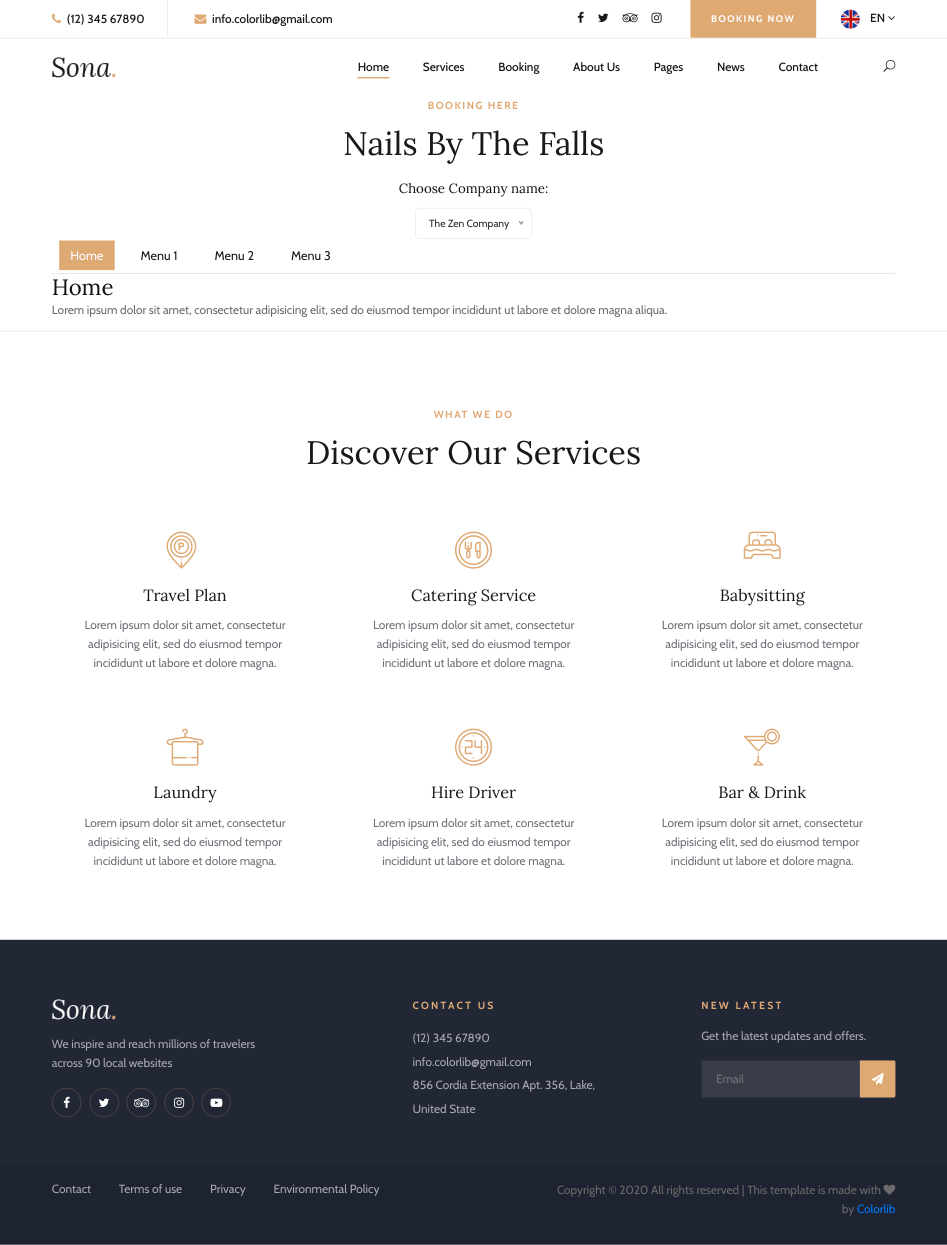
Repository: KeriBoss/Booking_Spa
Page: booking.html
The author's editor kept a copy of each file at every save. The page is drawn from the files as they stood at one save, then again after the next save.
The browser window is 1280 px wide. The pictures show the whole page, at 74% of full size.

Above is the page before, as saved 2023-05-19 16:07:33.

After the next save:
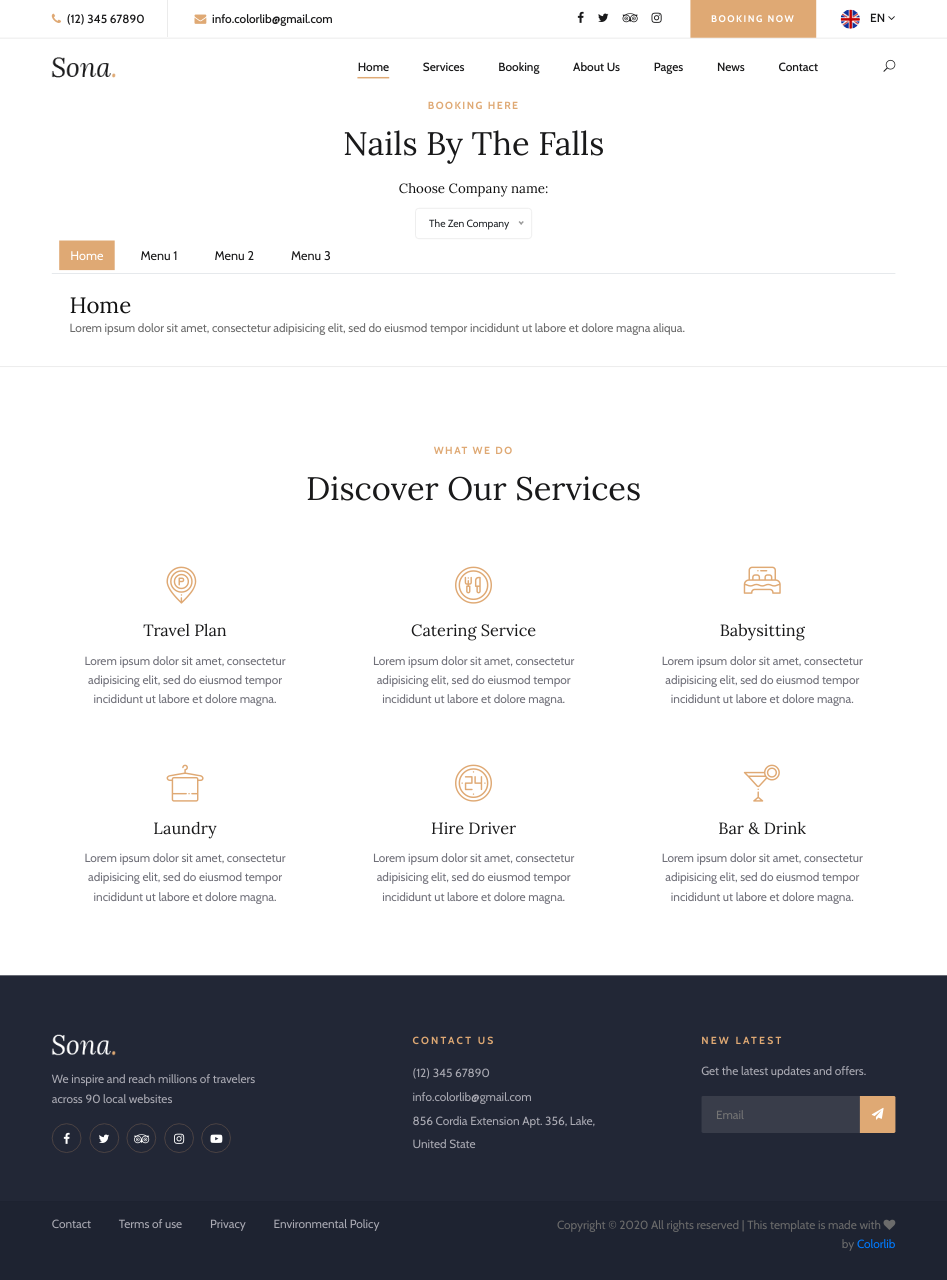
Saved 12 s later.
--- a/booking.html
+++ b/booking.html
@@ -200,7 +200,7 @@
                             <li><a data-toggle="tab" href="#menu3">Menu 3</a></li>
                         </ul>
 
-                        <div class="tab-content">
+                        <div class="tab-content p-4">
                             <div id="home" class="tab-pane fade show active">
                                 <h3>Home</h3>
                                 <p>Lorem ipsum dolor sit amet, consectetur adipisicing elit, sed do eiusmod tempor
